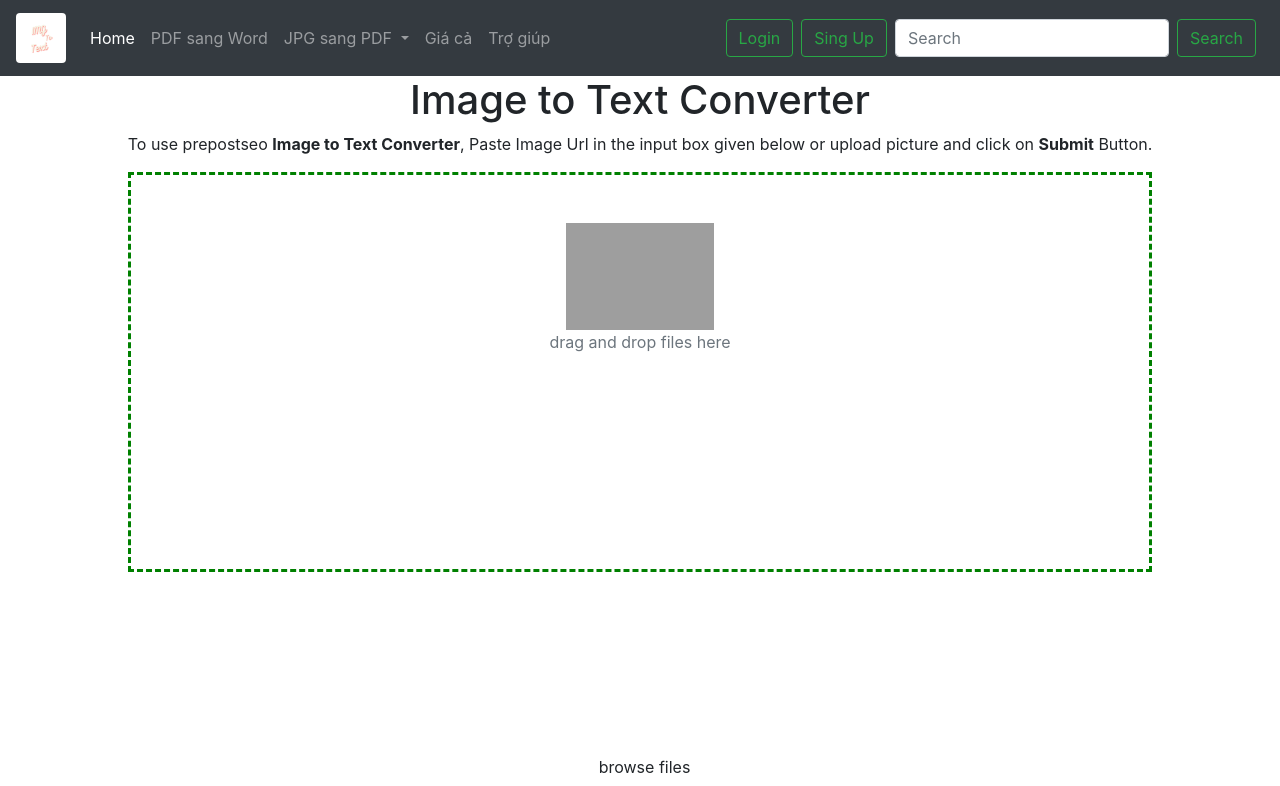
Repository: Tung1227/PBL6-2022
Page: index.html
An editor plug-in stored every save of this project. The page is shown before and after the next save, followed by the edit.
The browser window is 1280 px wide. The pictures show the whole page.
Pictures or frames that could not be fetched are drawn as grey boxes.

Above is the page before, as saved 2022-09-16 21:03:38.

### index.html
<!doctype html>
<html lang="en">

<head>
    <title>Title</title>
    <!-- Required meta tags -->
    <meta charset="utf-8">
    <meta name="viewport" content="width=device-width, initial-scale=1, shrink-to-fit=no">

    <!-- Bootstrap CSS -->
    <link rel="stylesheet" href="https://stackpath.bootstrapcdn.com/bootstrap/4.3.1/css/bootstrap.min.css"
        integrity="sha384-ggOyR0iXCbMQv3Xipma34MD+dH/1fQ784/j6cY/iJTQUOhcWr7x9JvoRxT2MZw1T" crossorigin="anonymous">
    <link rel="stylesheet" href="public/css/index.css">
</head>

<body>
    <nav class="navbar navbar-expand-lg navbar-dark bg-dark">
        <a class="navbar-brand" href="#">
            <img class="rounded" src="public/img/logo.png" width="50" height="50" alt="">
        </a>
        <button class="navbar-toggler" type="button" data-toggle="collapse" data-target="#navbarSupportedContent"
            aria-controls="navbarSupportedContent" aria-expanded="false" aria-label="Toggle navigation">
            <span class="navbar-toggler-icon"></span>
        </button>

        <div class="collapse navbar-collapse" id="navbarSupportedContent">
            <ul class="navbar-nav mr-auto">
                <li class="nav-item active">
                    <a class="nav-link" href="#">Home <span class="sr-only">(current)</span></a>
                </li>
                <li class="nav-item">
                    <a class="nav-link" href="#">PDF sang Word</a>
                </li>
                <li class="nav-item dropdown">
                    <a class="nav-link dropdown-toggle" href="#" id="navbarDropdown" role="button"
                        data-toggle="dropdown" aria-haspopup="true" aria-expanded="false">
                        JPG sang PDF
                    </a>
                    <div class="dropdown-menu" aria-labelledby="navbarDropdown">
                        <a class="dropdown-item" href="#">Action</a>
                        <a class="dropdown-item" href="#">Another action</a>
                        <div class="dropdown-divider"></div>
                        <a class="dropdown-item" href="#">Something else here</a>
                    </div>
                </li>
                <li class="nav-item">
                    <a class="nav-link" href="#">Giá cả</a>
                </li>
                <li class="nav-item">
                    <a class="nav-link" href="#">Trợ giúp</a>
                </li>
            </ul>
            <form class="form-inline my-2 my-lg-0 ">
                <button class="btn btn-outline-success my-2 my-sm-0 mr-sm-2" type="submit">Login</button>
                <button class="btn btn-outline-success my-2 my-sm-0 mr-sm-2" type="submit">Sing Up</button>
                <input class="form-control mr-sm-2" type="search" placeholder="Search" aria-label="Search">
                <button class="btn btn-outline-success my-2 my-sm-0 mr-sm-2" type="submit">Search</button>
            </form>
        </div>
    </nav>
    <div class="container d-flex justify-content-center mt-100">
        <div class="row">
            <div class="col-xs-1-12 text-center">
                <h1 class="">Image to Text Converter</h1>
                <p class="text16">To use prepostseo <strong>Image to Text Converter</strong>, Paste Image Url in the
                    input
                    box given below or upload picture and click on <strong>Submit</strong> Button.</p>
                <div class="file-drop-area">
                    <div class="pt-5">
                        <span class="svg_block">
                            <img src="https://www.prepostseo.com/imgs/upload-icon.png" width="148" height="107"
                                alt="uploader">
                        </span>
                    </div>
                    <!-- <span class="choose-file-button">Choose files</span> -->
                    <span class="file-message text-secondary">drag and drop files here</span>
                    <input class="file-input" type="file" multiple>
                    <button type="button" class="btn btn-md" id="uploadBtn"> <span data-title="Upload Image"><i
                                class="fa fa-plus"></i> &nbsp;&nbsp;browse files</span></button>
                </div>
            </div>
        </div>
    </div>
    <!-- Optional JavaScript -->
    <!-- jQuery first, then Popper.js, then Bootstrap JS -->
    <script src="https://code.jquery.com/jquery-3.3.1.slim.min.js"
        integrity="sha384-q8i/X+965DzO0rT7abK41JStQIAqVgRVzpbzo5smXKp4YfRvH+8abtTE1Pi6jizo"
        crossorigin="anonymous"></script>
    <script src="https://cdnjs.cloudflare.com/ajax/libs/popper.js/1.14.7/umd/popper.min.js"
        integrity="sha384-UO2eT0CpHqdSJQ6hJty5KVphtPhzWj9WO1clHTMGa3JDZwrnQq4sF86dIHNDz0W1"
        crossorigin="anonymous"></script>
    <script src="https://stackpath.bootstrapcdn.com/bootstrap/4.3.1/js/bootstrap.min.js"
        integrity="sha384-JjSmVgyd0p3pXB1rRibZUAYoIIy6OrQ6VrjIEaFf/nJGzIxFDsf4x0xIM+B07jRM"
        crossorigin="anonymous"></script>
</body>

</html>

### public/css/index.css
* {
    padding: 0px;
    margin: 0px;
}

.file-drop-area {
    border: dashed green;
    height: 400px;
}

.file-input {
    height: 100%;
    width: 100%;
    cursor: pointer;
    opacity: 0;
}

.choose-file-button {
    flex-shrink: 0;
    background-color: rgba(255, 255, 255, 0.04);
    border: 1px solid rgba(255, 255, 255, 0.1);
    border-radius: 3px;
    padding: 8px 15px;
    margin-right: 10px;
    font-size: 12px;
    text-transform: uppercase;
}
.file-message{

}

After the next save:
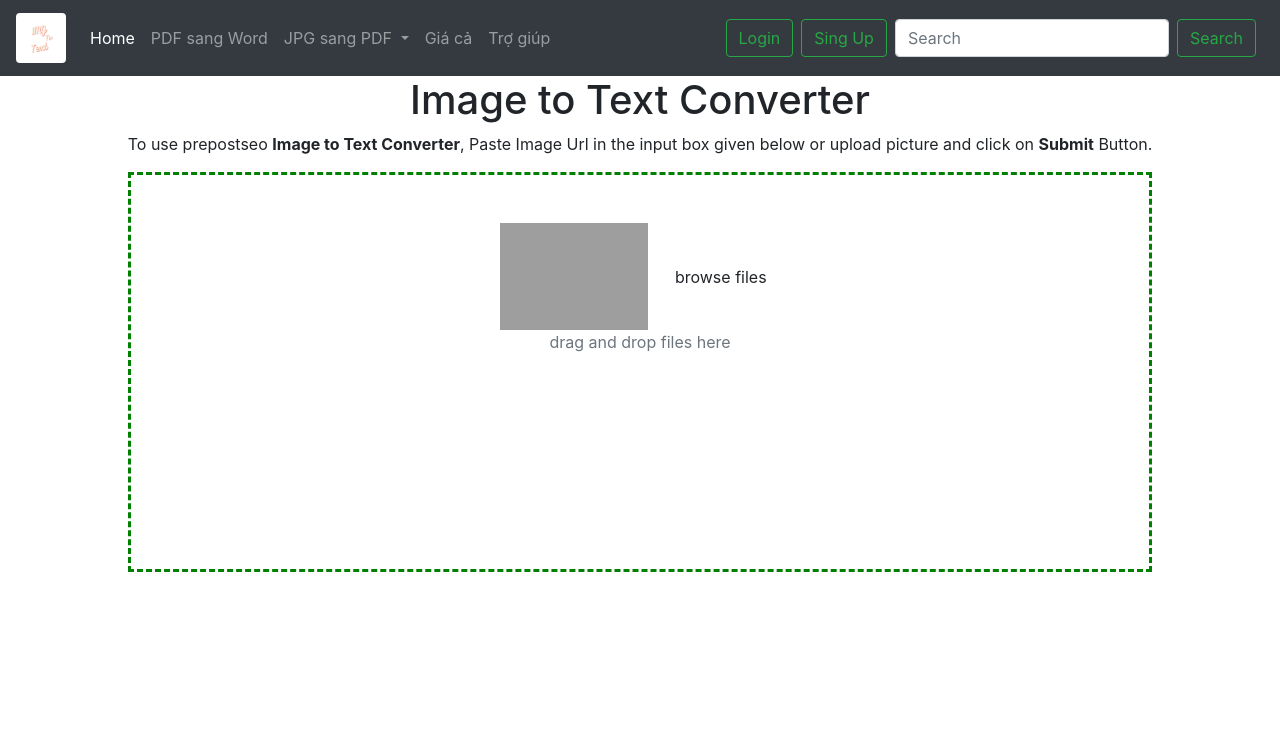
Saved 42 s later.
--- a/index.html
+++ b/index.html
@@ -71,12 +71,12 @@
                             <img src="https://www.prepostseo.com/imgs/upload-icon.png" width="148" height="107"
                                 alt="uploader">
                         </span>
+                        <button type="button" class="btn btn-md" id="uploadBtn"> <span data-title="Upload Image"><i
+                                    class="fa fa-plus"></i> &nbsp;&nbsp;browse files</span></button>
                     </div>
                     <!-- <span class="choose-file-button">Choose files</span> -->
                     <span class="file-message text-secondary">drag and drop files here</span>
                     <input class="file-input" type="file" multiple>
-                    <button type="button" class="btn btn-md" id="uploadBtn"> <span data-title="Upload Image"><i
-                                class="fa fa-plus"></i> &nbsp;&nbsp;browse files</span></button>
                 </div>
             </div>
         </div>
